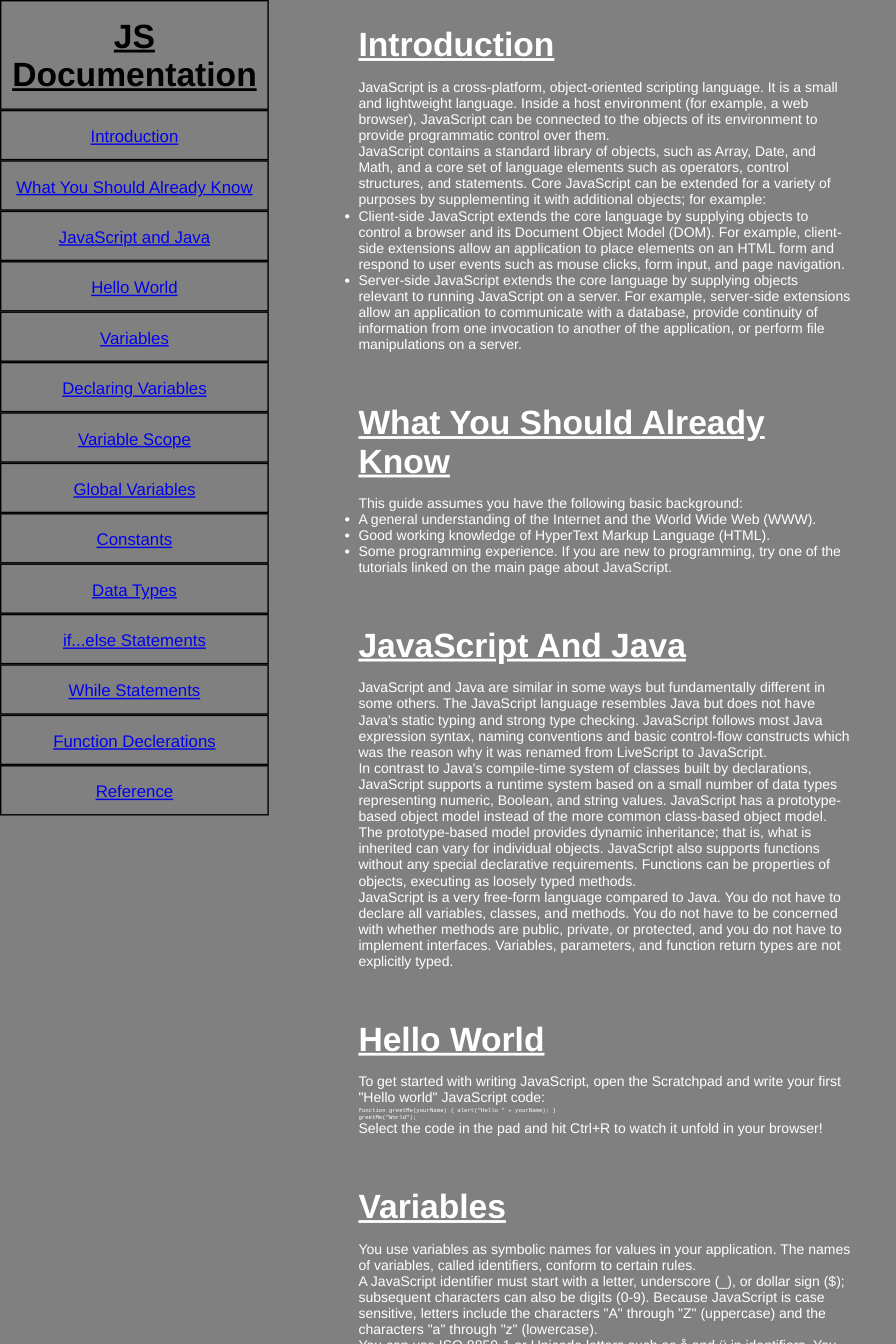
Repository: ctcoleman/technicalDocumentationPage
Page: index.html
An editor plug-in stored every save of this project. The page is shown before and after the next save, followed by the edit.
The browser window is 1280 px wide. The pictures show the part of the page from y = 0 to 1920 px (the page is 5474 px tall before and 3169 px after), at 70% of full size.

Above is the page before, as saved 2020-07-10 20:03:44.

After the next save:
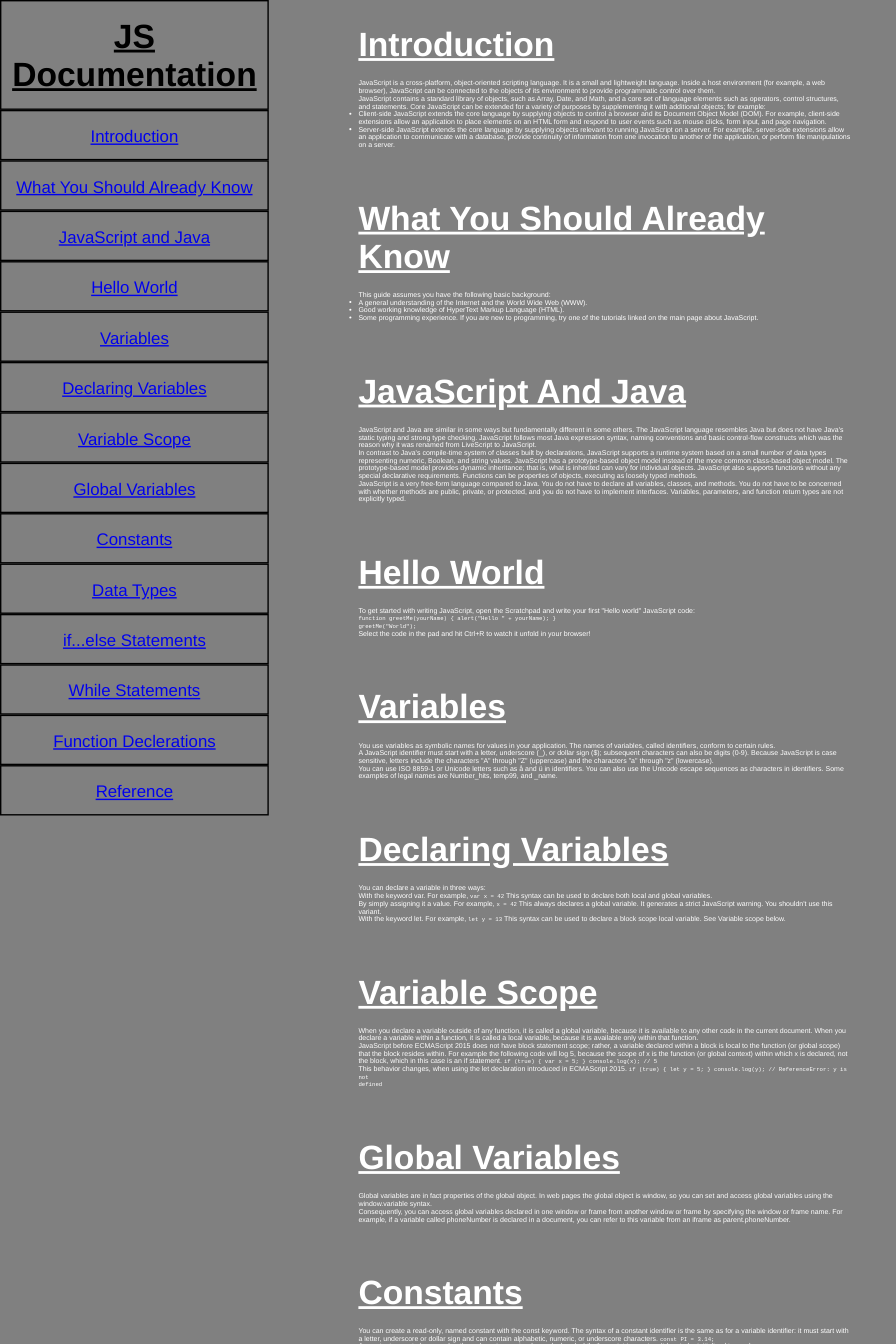
Saved 9 s later.
--- a/assets/stylesheets/style.css
+++ b/assets/stylesheets/style.css
@@ -83,7 +83,8 @@
 }
 
 .main-section article p,
-.main-section article li {
+.main-section article li,
+ {
   font-size: 1.25rem;
 }
 /** Footer Styling **/

After the save that followed:
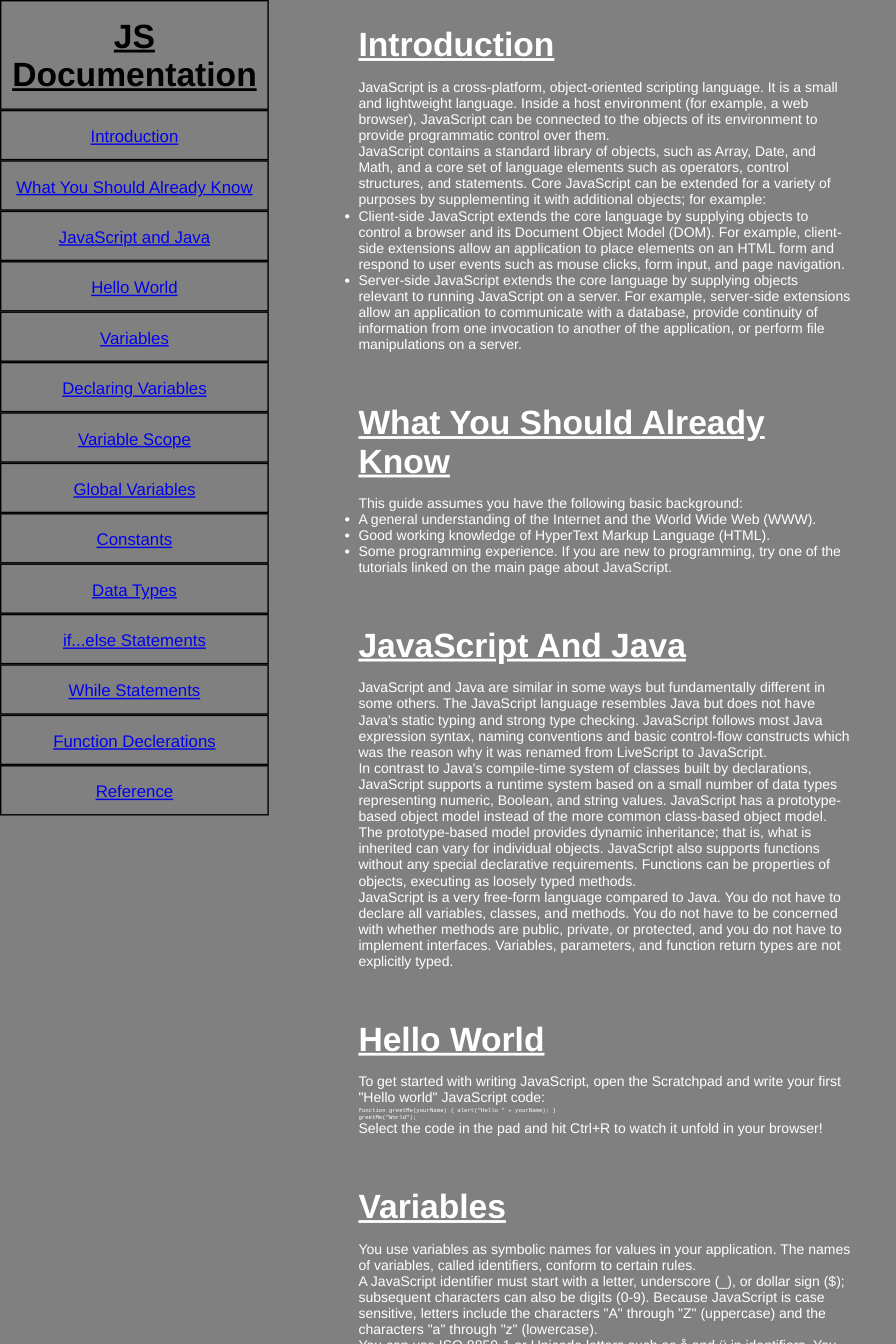
Saved 6 s later.
--- a/assets/stylesheets/style.css
+++ b/assets/stylesheets/style.css
@@ -84,7 +84,7 @@
 
 .main-section article p,
 .main-section article li,
- {
+.main-section article a {
   font-size: 1.25rem;
 }
 /** Footer Styling **/
